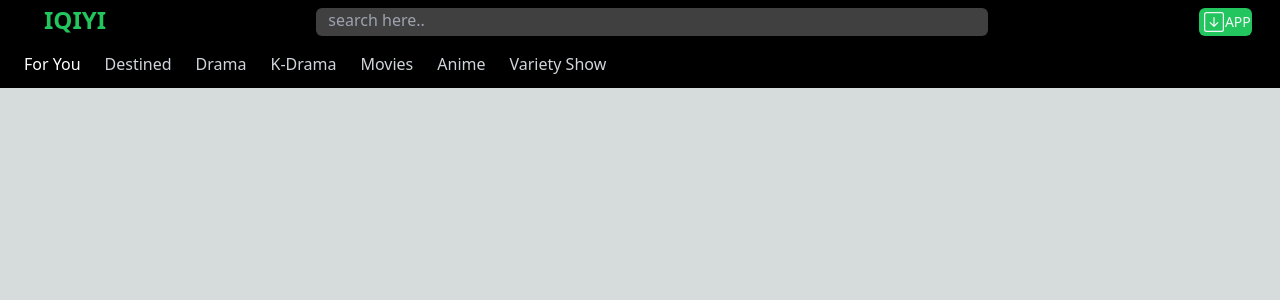
Repository: cozocozy/iqiyi-clone
Page: /
These files come from the project's save history. The page is drawn as it stood at one moment and after the next save; the edit follows.
The browser window is 1280 px wide. The pictures show the whole page.
The project was rebuilt for these pictures with package versions that can differ from the ones it lists, and the page was loaded fresh each time. The framework's server and built-in components were replaced by stand-ins that run in the browser. Also part of the build but not shown: next.config.js.

Above is the page before, as saved 2023-07-16 10:33:41.

### pages/index.tsx
import Head from "next/head";
import Header from "./components/Header";

export default function Home() {
  return (
    <main>
      <Head>
        <title>IQIYI - watch Asian drama shows anime movie free online</title>
        <meta name="description" content="CLONE OF IQIYI WEBSITE" />
      </Head>
      <Header />
    </main>
  );
}

### styles/globals.css
@tailwind base;
@tailwind components;
@tailwind utilities;

:root {
  --foreground-rgb: 0, 0, 0;
  --background-start-rgb: 214, 219, 220;
  --background-end-rgb: 255, 255, 255;
}

@media (prefers-color-scheme: dark) {
  :root {
    --foreground-rgb: 255, 255, 255;
    --background-start-rgb: 0, 0, 0;
    --background-end-rgb: 0, 0, 0;
  }
}
.container-snap::-webkit-scrollbar {
  display: none;
}

body {
  color: rgb(var(--foreground-rgb));
  background: linear-gradient(to bottom, transparent, rgb(var(--background-end-rgb))) rgb(var(--background-start-rgb));
}

@layer components {
  .pages {
    @apply hover:text-green-500;
  }
}

### pages/components/Header.tsx
import React from "react";
import { BsArrowDownSquare, BsSearch } from "react-icons/bs";
import { AiOutlineMenu } from "react-icons/ai";
import Link from "next/link";
type Props = {};

function Header({}: Props) {
  return (
    <div className="fixed top-0 z-50 bg-black w-full">
      <div className="flex justify-between items-center py-1 ">
        <div className="flex ml-4 mx-3 lg:hidden">
          <AiOutlineMenu size={20} className="mt-2" />
          <h3 className="text-2xl text-green-500 font-bold ml-2 ">IQIYI</h3>
        </div>
        <div className="flex justify-center items-center w-full mt-1 ">
          {/* <button className="absolute border-l border-gray-500 ml-60 p-1 px-4">
            <BsSearch />
          </button> */}
          <input className="rounded rounded-md bg-neutral-700 w-full max-w-2xl pl-3 pb-1" placeholder="search here.." autoComplete="off"></input>
        </div>
        <button className="flex flex-row mr-7 mt-1 rounded rounded-md w-16 h-7 mx-3 bg-green-500 text-gray-100 justify-evenly items-center">
          <div className="ml-1">
            <BsArrowDownSquare size={20} />
          </div>
          <p className="text-sm">APP</p>
        </button>
      </div>
      <div className="flex flex-row  p-3 overflow-x-auto container-snap whitespace-nowrap space-x-6 ml-3 text-gray-300">
        <Link href="#" className="text-white pages">
          For You
        </Link>
        <Link href="#" className=" pages">
          Destined
        </Link>
        <Link href="#" className=" pages">
          Drama
        </Link>
        <Link href="#" className=" pages">
          K-Drama
        </Link>
        <Link href="#" className=" pages">
          Movies
        </Link>
        <Link href="#" className=" pages">
          Anime
        </Link>
        <Link href="#" className=" pages">
          Variety Show
        </Link>
      </div>
    </div>
  );
}

export default Header;

### tailwind.config.js
/** @type {import('tailwindcss').Config} */
module.exports = {
  content: ["./pages/**/*.{js,ts,jsx,tsx,mdx}", "./components/**/*.{js,ts,jsx,tsx,mdx}", "./app/**/*.{js,ts,jsx,tsx,mdx}"],
  theme: {
    extend: {
      backgroundImage: {
        "gradient-radial": "radial-gradient(var(--tw-gradient-stops))",
        "gradient-conic": "conic-gradient(from 180deg at 50% 50%, var(--tw-gradient-stops))",
      },
    },
    screens: {
      tablet: "<-640px",
      // => @media (min-width: 640px) { ... }

      laptop: "1024px",
      // => @media (min-width: 1024px) { ... }

      desktop: "1280px",
      // => @media (min-width: 1280px) { ... }
    },
  },
  plugins: [],
};

Loaded but not shown: pages/_app.tsx (common file); pages/_document.tsx (common file)

After the next save:
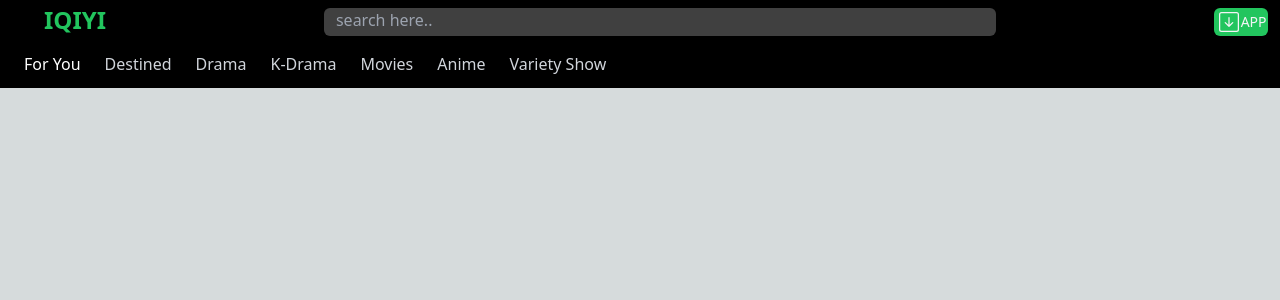
Saved 20 s later.
--- a/pages/components/Header.tsx
+++ b/pages/components/Header.tsx
@@ -18,7 +18,7 @@
           </button> */}
           <input className="rounded rounded-md bg-neutral-700 w-full max-w-2xl pl-3 pb-1" placeholder="search here.." autoComplete="off"></input>
         </div>
-        <button className="flex flex-row mr-7 mt-1 rounded rounded-md w-16 h-7 mx-3 bg-green-500 text-gray-100 justify-evenly items-center">
+        <button className="flex flex-row mt-1 rounded rounded-md w-16 h-7 mx-3 bg-green-500 text-gray-100 justify-evenly items-center">
           <div className="ml-1">
             <BsArrowDownSquare size={20} />
           </div>

After the save that followed:
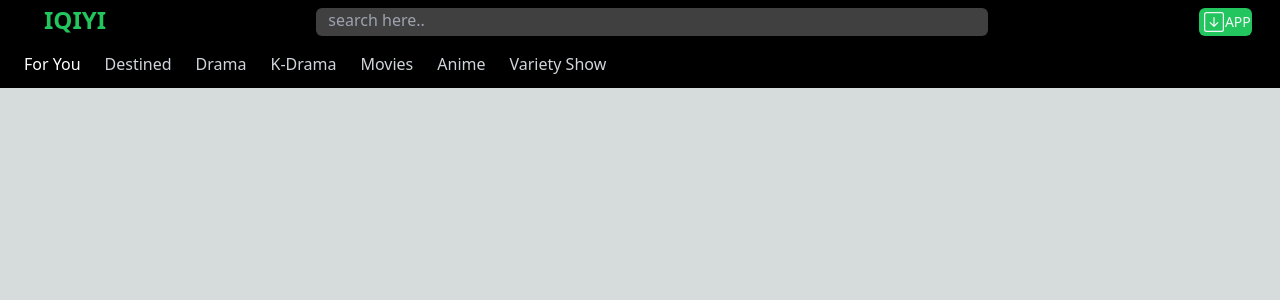
Saved 7 s later.
--- a/pages/components/Header.tsx
+++ b/pages/components/Header.tsx
@@ -18,7 +18,7 @@
           </button> */}
           <input className="rounded rounded-md bg-neutral-700 w-full max-w-2xl pl-3 pb-1" placeholder="search here.." autoComplete="off"></input>
         </div>
-        <button className="flex flex-row mt-1 rounded rounded-md w-16 h-7 mx-3 bg-green-500 text-gray-100 justify-evenly items-center">
+        <button className="flex flex-row mr-7 mt-1 rounded rounded-md w-16 h-7 mx-3 bg-green-500 text-gray-100 justify-evenly items-center">
           <div className="ml-1">
             <BsArrowDownSquare size={20} />
           </div>
